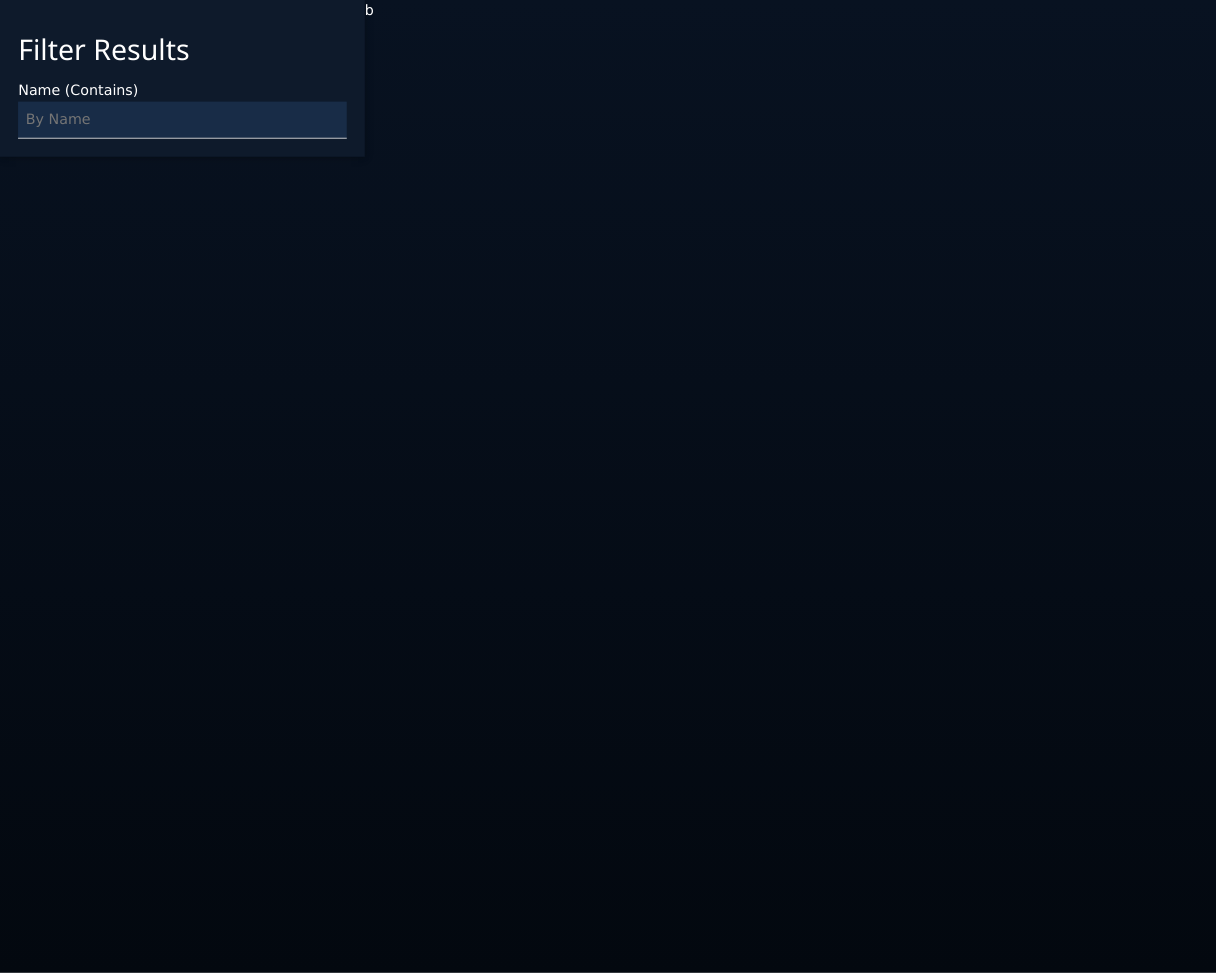
Repository: seyicoded/testestech
Page: /
An editor plug-in stored every save of this project. The page is shown before and after the next save, followed by the edit.
The browser window is 1280 px wide. The pictures show the whole page, at 95% of full size.
The project was rebuilt for these pictures with package versions that can differ from the ones it lists, and the page was loaded fresh each time.

Above is the page before, as saved 2022-02-07 13:45:30.

After the next save:
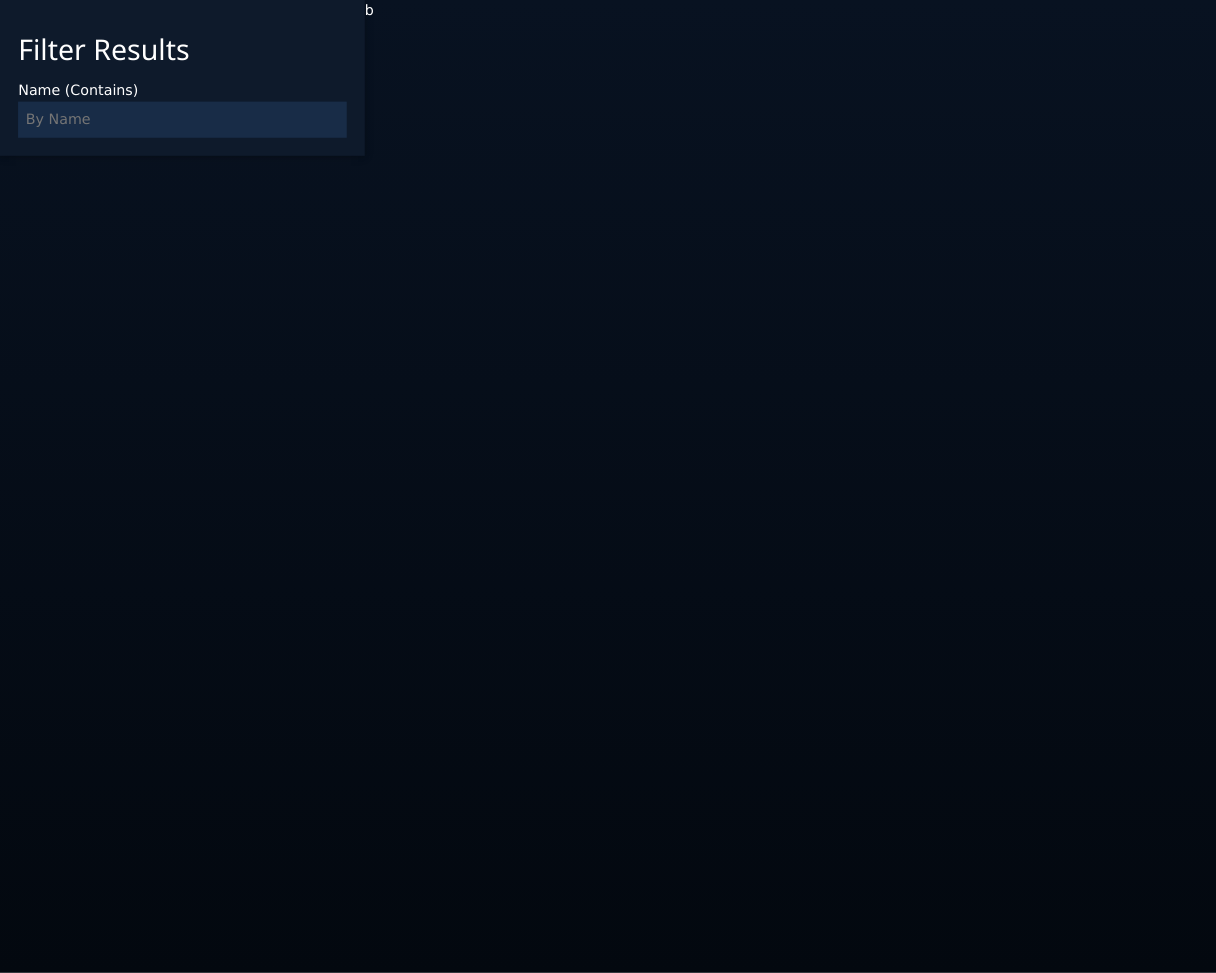
Saved 21 s later.
--- a/src/App.css
+++ b/src/App.css
@@ -73,4 +73,5 @@
 }
 .Container .left .card input {
   background: #182c47;
+  border-bottom: none;
 }
